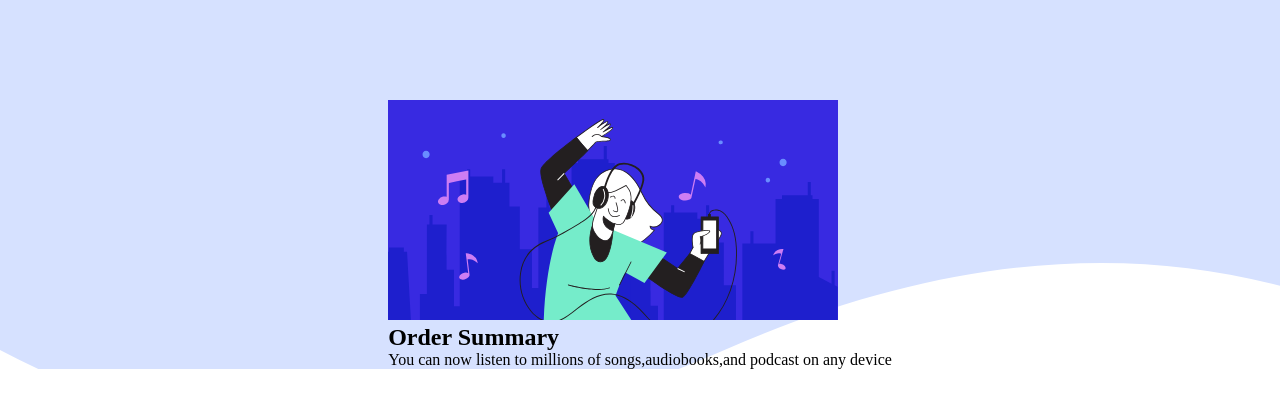
Repository: Eugene44-hub/newbie-project
Page: index.html
These files come from the project's save history. The page is drawn as it stood at one moment and after a run of saves; the edit follows.
The browser window is 1280 px wide. The pictures show the whole page.

Above is the page before, as saved 2021-08-29 02:04:41.

### index.html
<!DOCTYPE html>
<html lang="en">

<head>
    <link rel="stylesheet" href="style.css">
    <meta charset="UTF-8">
    <meta http-equiv="X-UA-Compatible" content="IE=edge">
    <meta name="viewport" content="width=device-width, initial-scale=1.0">
    <title>Document</title>
</head>

<body>
    <div class="container">

        <div class="card-container">
            <div class="card">
                <div class="favi">
                    <img src="illustration-hero.svg" alt="">
                    <div>
                        <h2>Order Summary</h2>
                        <p>You can now listen to millions of songs,audiobooks,and podcast on any device</p>
                    </div>
                </div>
            </div>
        </div>

    </div>
</body>

</html>

### style.css
* {
    padding: 0;
    margin: 0;
}

.container {
    background-image: url('pattern-background-desktop.svg');
}

.card-container {
    display: flex;
    justify-content: center;
    align-content: center;
    padding-top: 100px;
}

After the next 4 saves:
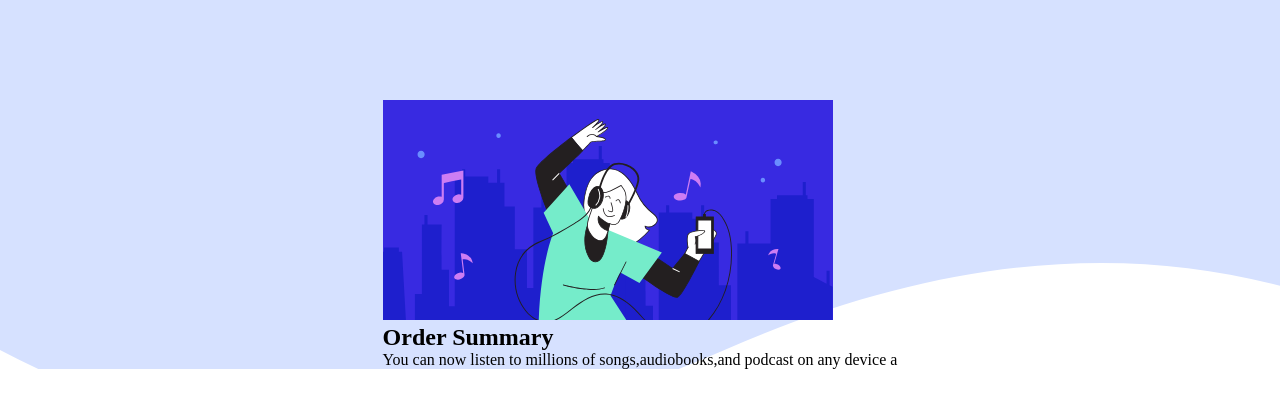
The 4 saves are shown as one change because they came seconds apart.
The last was saved 15 s later.
--- a/index.html
+++ b/index.html
@@ -18,7 +18,7 @@
                     <img src="illustration-hero.svg" alt="">
                     <div>
                         <h2>Order Summary</h2>
-                        <p>You can now listen to millions of songs,audiobooks,and podcast on any device</p>
+                        <p>You can now listen to millions of songs,audiobooks,and podcast on any device a</p>
                     </div>
                 </div>
             </div>
